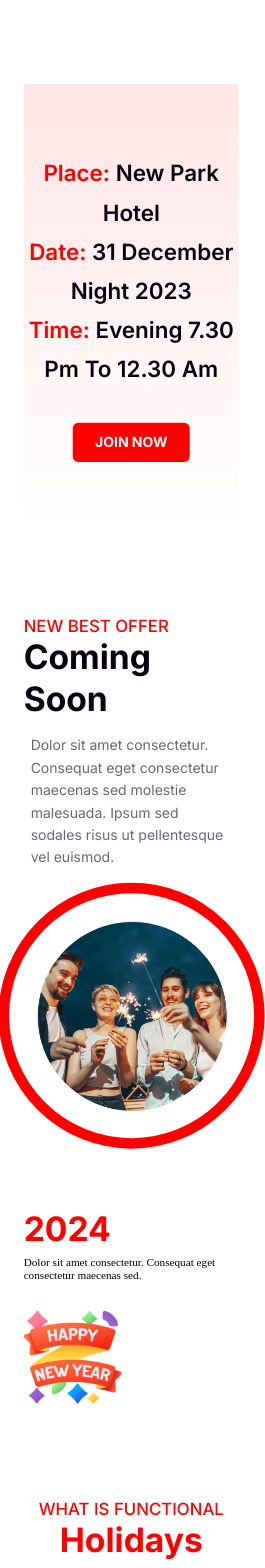
Repository: ShouravAhammed/simple-responsive-new-year
Page: index.html
The author's editor kept a copy of each file at every save. The page is drawn from the files as they stood at one save, then again after the next save.
The browser window is 375 px wide. The page is 378 px wide, so the pictures cover 378 px, including what lies to the right of the window. The pictures show the part of the page from y = 0 to 2240 px (the page is 7580 px tall before and 7460 px after), at 70% of full size.

Above is the page before, as saved 2024-01-11 16:39:51.

After the next save:
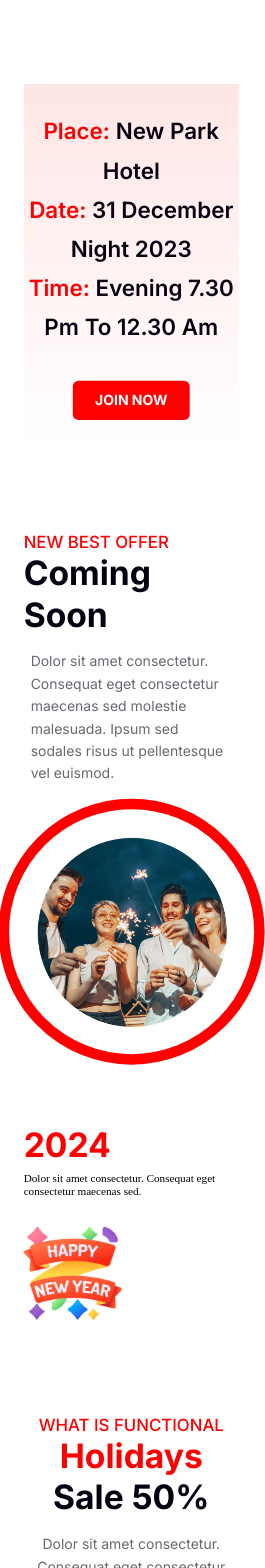
Saved 60 s later.
--- a/Style/style.css
+++ b/Style/style.css
@@ -490,4 +490,7 @@
     .best-offer-content, .best-offer-year-content {
         width: 100%;
     }
-}
+    .announce-content {
+        padding: 40px 0;
+    }
+}
